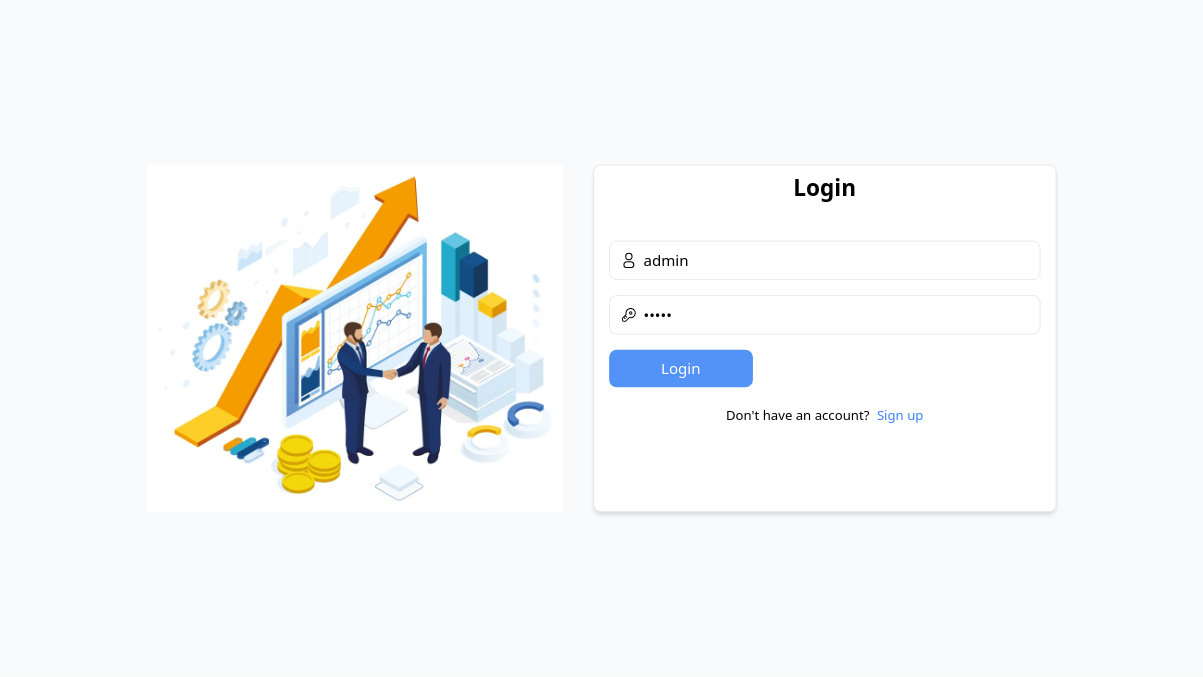
Repository: Fortivera/yourestate
Page: /
The author's editor kept a copy of each file at every save. The page is drawn from the files as they stood at one save, then again after the next save.
The browser window is 1280 px wide. The pictures show the whole page, at 94% of full size.
The project was rebuilt for these pictures with package versions that can differ from the ones it lists, and the page was loaded fresh each time. The framework's server and built-in components were replaced by stand-ins that run in the browser. Also part of the build but not shown: next.config.js.

Above is the page before, as saved 2023-11-04 13:55:54.

After the next save:
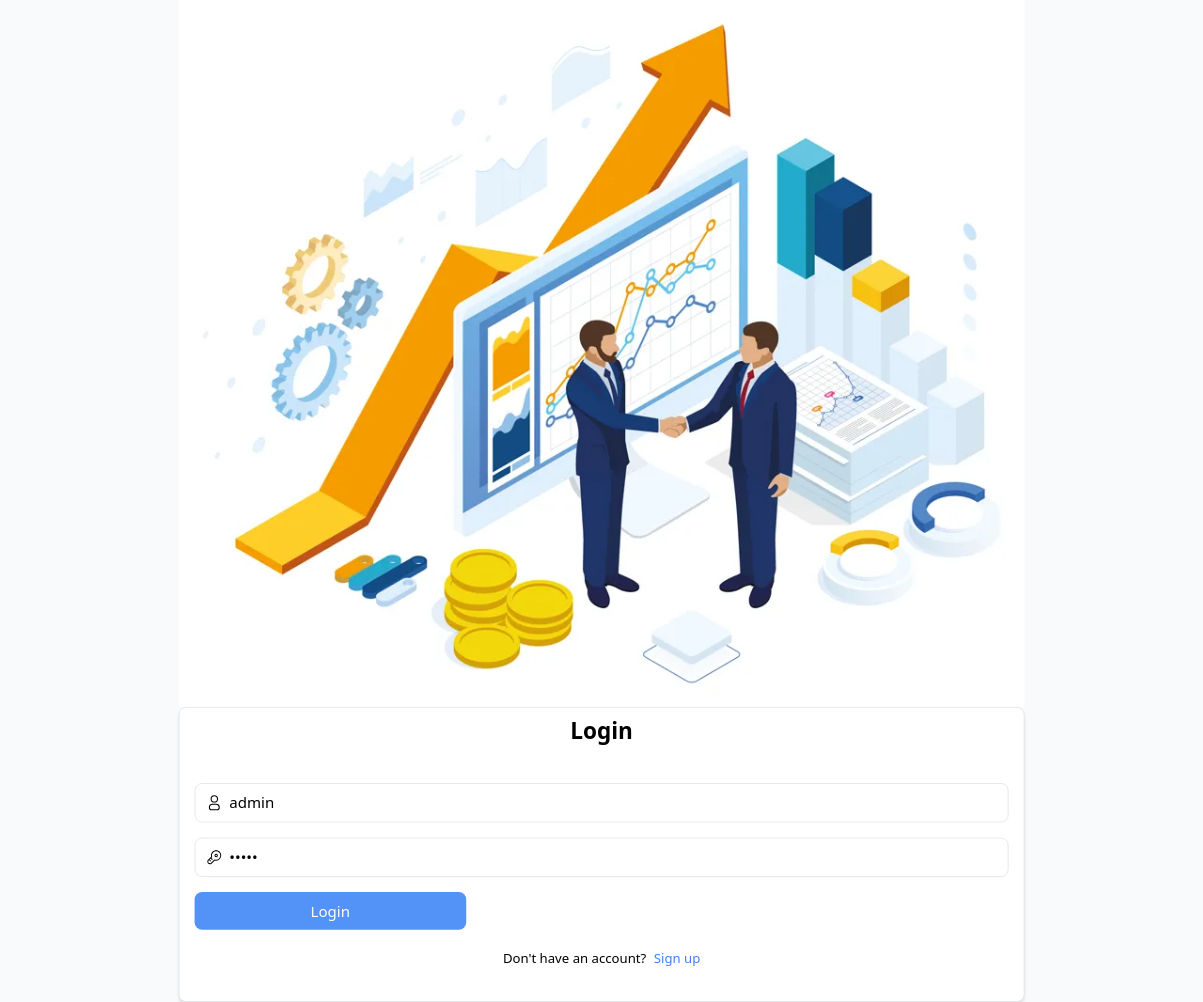
Saved 13 s later.
--- a/src/app/page.tsx
+++ b/src/app/page.tsx
@@ -7,7 +7,7 @@
 export default function Login() {
   return (
     <div className="min-h-screen bg-gray-50 flex items-center justify-center">
-      <div className=" first-line: px-4 py-10 tablet:w-[540px] laptop:w-[1000px] laptop:flex laptop:flex-row laptop:space-x-8">
+      <div className="  ">
         <figure className=" ">
           <Image src={growthVisual} alt="login page picture" layout="responsive" />
         </figure>

After the save that followed:
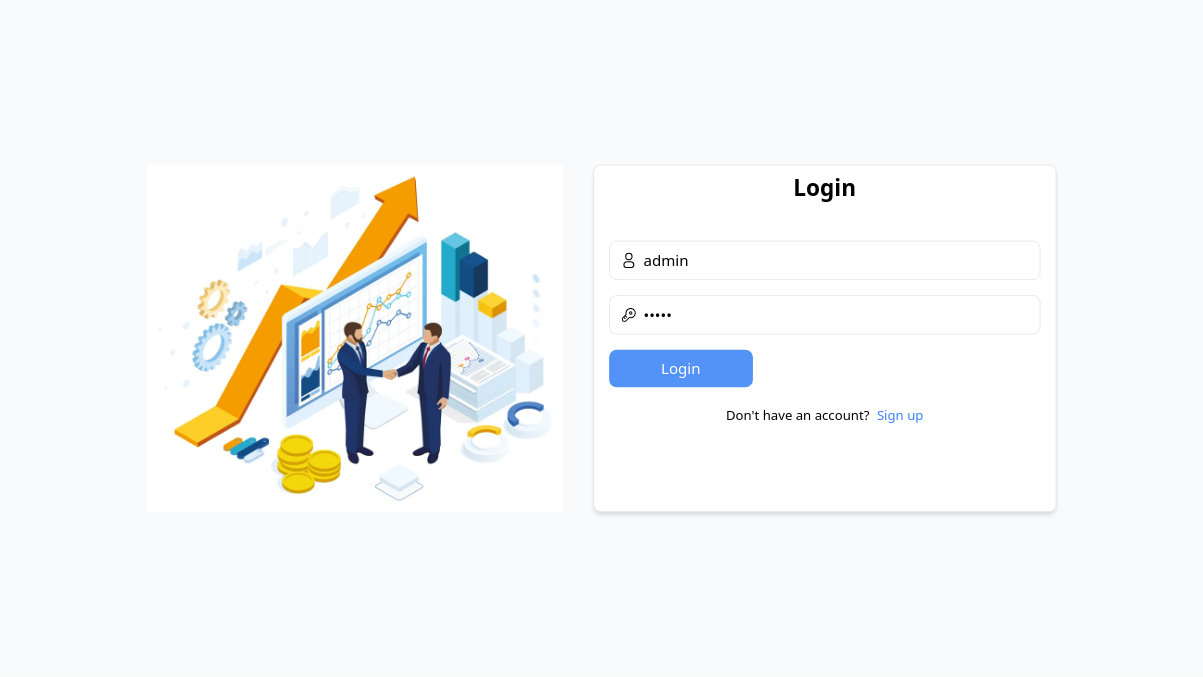
Saved 19 s later.
--- a/src/app/page.tsx
+++ b/src/app/page.tsx
@@ -7,7 +7,7 @@
 export default function Login() {
   return (
     <div className="min-h-screen bg-gray-50 flex items-center justify-center">
-      <div className="  ">
+      <div className="w-full px-4 py-10 tablet:w-[540px] laptop:w-[1000px] laptop:flex laptop:flex-row laptop:space-x-8">
         <figure className=" ">
           <Image src={growthVisual} alt="login page picture" layout="responsive" />
         </figure>
